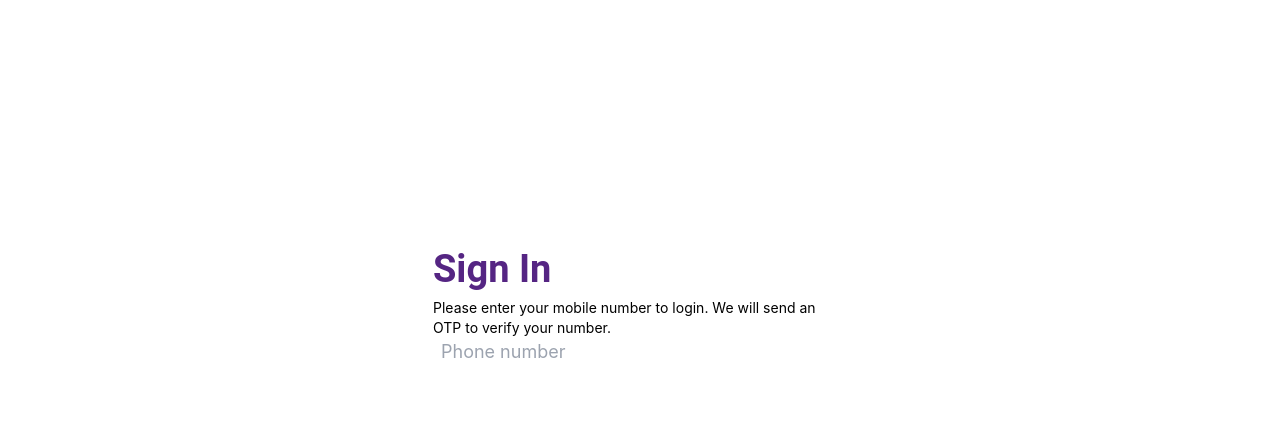
Repository: jayaprakash27/helloar-task
Page: /
These files come from the project's save history. The page is drawn as it stood at one moment and after the next save; the edit follows.
The browser window is 1280 px wide. The pictures show the whole page.
The project was rebuilt for these pictures with package versions that can differ from the ones it lists, and the page was loaded fresh each time.

Above is the page before, as saved 2023-10-26 23:04:53.

After the next save:
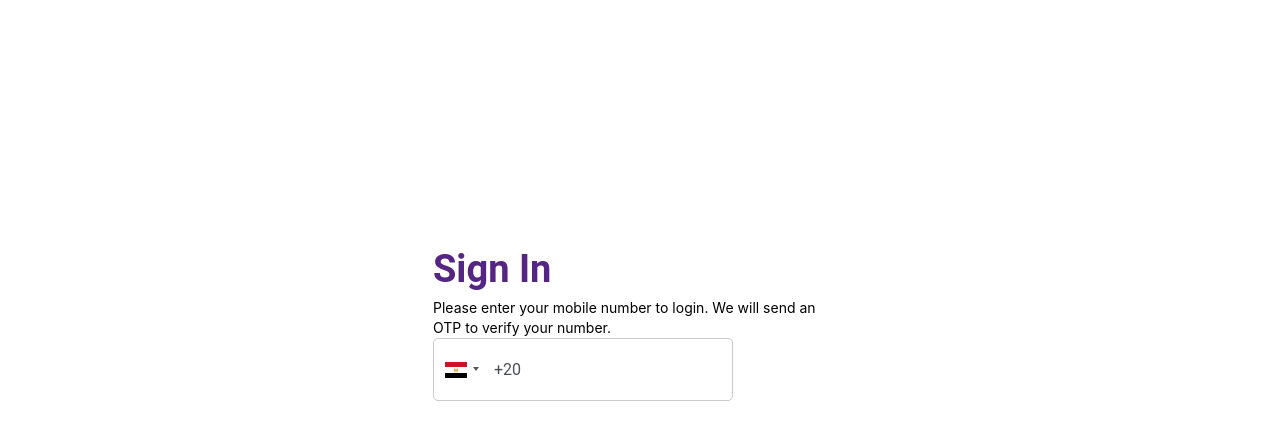
Saved 7 min 17 s later.
--- a/src/components/Login.jsx
+++ b/src/components/Login.jsx
@@ -1,19 +1,21 @@
-import React, { useState } from 'react';
-import './login.css';
+import React, { useState } from "react";
+import "./login.css";
+import PhoneInput from "react-phone-input-2";
+import "react-phone-input-2/lib/bootstrap.css";
 
 function Login() {
-  const [phoneNumber, setPhoneNumber] = useState('');
+  const [phoneNumber, setPhoneNumber] = useState("");
 
   const handleLogin = () => {
-    const apiEndpoint = 'https://dev.api.goongoonalo.com/v1/auth/login';
+    const apiEndpoint = "https://dev.api.goongoonalo.com/v1/auth/login";
     const requestBody = {
       phoneNumber: phoneNumber,
     };
 
     fetch(apiEndpoint, {
-      method: 'POST',
+      method: "POST",
       headers: {
-        'Content-Type': 'application/json',
+        "Content-Type": "application/json",
       },
       body: JSON.stringify(requestBody),
     })
@@ -22,30 +24,35 @@ function Login() {
           return response.json();
         } else {
           // Handle API errors here
-          throw new Error('Failed to send OTP');
+          throw new Error("Failed to send OTP");
         }
       })
       .then((data) => {
         // Handle the API response data
-        console.log('OTP sent successfully:', data);
+        console.log("OTP sent successfully:", data);
 
         // You can add code here to navigate to the OTP verification page or perform the next step as needed.
       })
       .catch((error) => {
         // Handle any error that occurred during the API request
-        console.error('Error sending OTP:', error);
+        console.error("Error sending OTP:", error);
       });
   };
 
-
   return (
     <div className="login-page">
-      <div className=' login-box'>
+      <div className=" login-box">
         <h1 className=" text-primary-color font-semibold"> Sign In</h1>
-        <p className=' text-sm'>Please enter your mobile number to login. We will send an OTP to verify your number.</p>
-        <span className=' rounded-lg h-8 m-2 w-full'>
-        <input type="text" className=' w-full text-lg' onChange={(e) => setPhoneNumber(e.target.value)} placeholder='Phone number' />
-        </span>
+        <p className=" text-sm">
+          Please enter your mobile number to login. We will send an OTP to
+          verify your number.
+        </p>
+        <PhoneInput
+          country={"eg"}
+          enableSearch={true}
+          value={phoneNumber}
+          onChange={(phoneNumber) => setPhoneNumber(phoneNumber)}
+        />
       </div>
     </div>
   );
